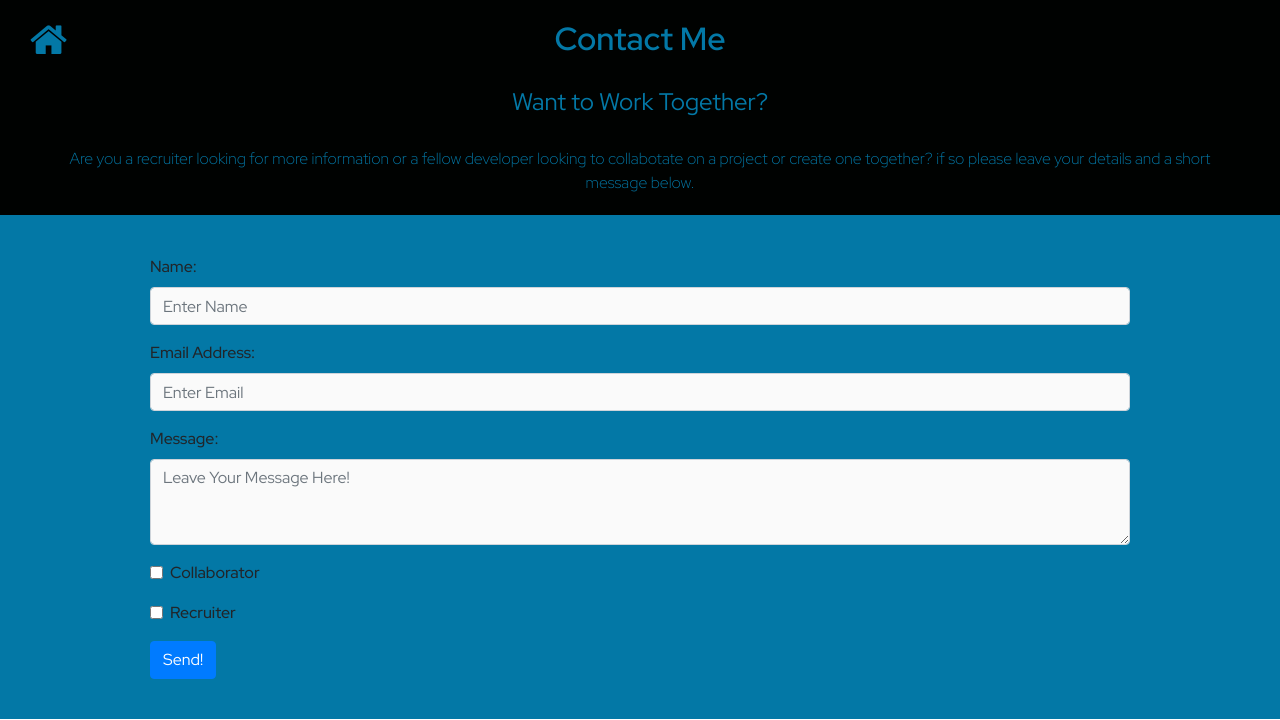
Repository: Brad000/Resume-project
Page: contact.html
The author's editor kept a record of every edit. The page is drawn from the files as they stood at one moment, then again after the next edit.
The browser window is 1280 px wide. The pictures show the whole page.

Above is the page before.

After the next edit:
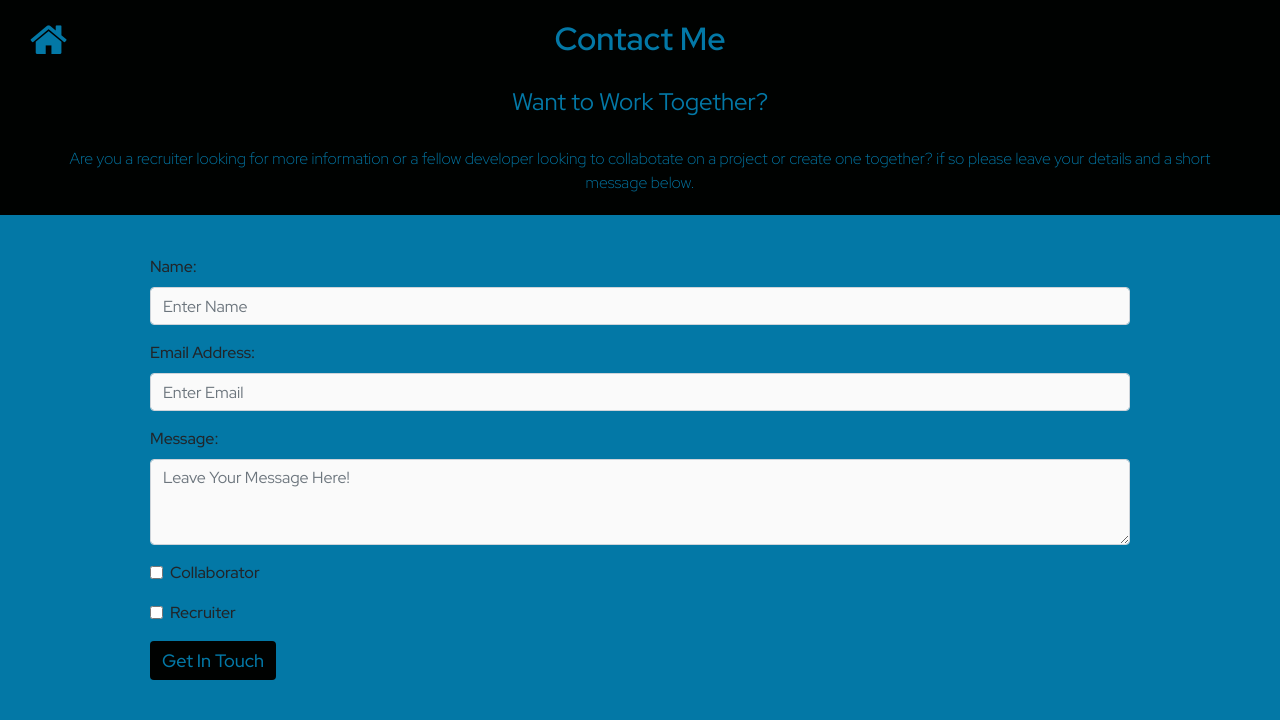
The edit:
--- a/contact.html
+++ b/contact.html
@@ -47,7 +47,7 @@
             <input type="checkbox" class="form-check-input" id="Check-recruiter">
             <label class="form-check-label" for="Check-recruiter">Recruiter</label>
         </div>
-        <button type="submit" class="btn btn-primary">Send!</button>
+        <button type="submit" class="btn btn-primary form-button">Get In Touch</button>
     </form>
 </body>
 
